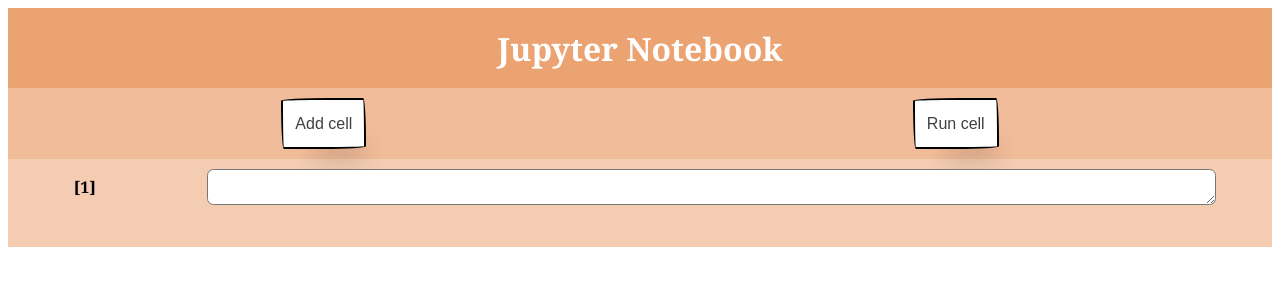
Repository: lingzi-liu/jupyter_notebook_prototype
Page: http://localhost/
An editor plug-in stored every save of this project. The page is shown before and after the next save, followed by the edit.
The browser window is 1280 px wide. The pictures show the whole page.
The page is served by the project's application, run on Flask 3 (app.py).

Above is the page before, as saved 2022-11-13 03:44:52.

### templates/index.html
<!DOCTYPE html>
<html lang="en">

<head>
    <meta charset="UTF-8">
    <meta http-equiv="X-UA-Compatible" content="IE=edge">
    <meta name="viewport" content="width=device-width, initial-scale=1.0">
    <link rel="stylesheet" href="../static/styles/style.css">
    <script defer src="../static/scripts/command_handler.js"></script>
    <script defer src="../static/scripts/script.js"></script>
    <title>Jupter Notebook</title>
</head>

<body>
    <!-- Navigation Bar -->
    <div id="nav">
        <h1>Jupyter Notebook</h1>
    </div>


    <!-- Button Bar -->
    <div id="commands">
        <!-- Add Cell allows you to add new code cells -->
        <!--Triggering a function addCell() when clicked -->
        <button onclick="addCell()">Add cell</button>
        <!-- Run Cell allows you to run the code in a selected cell -->
        <!--Triggering a function runCell() when clicked -->
        <button onclick="runCell()" id="run">Run cell</button>
    </div>


    <!-- Cell list -->
    <div id="cell-list">
        <!-- Each cell is in separate division -->
        <!-- When clicked, the current cell should become the selected cell by triggering the function selectedCell(this) -->
        <div class="cell" id="1" onclick="selecteCell(this)">
            <h4>[1]</h4>
            <textarea onkeyup="do_resize(this);"></textarea>

            <!--a paragraph component below the cell box for the error message or result, if there is one
            -->
            <p></p>
        </div>
    </div>
</body>

</html>

### app.py
# Step1
from flask import Flask, request, render_template

from contextlib import redirect_stdout
import io
import ast # stands for abstract syntax tree

app = Flask(__name__)

# Step 3: Create a function evaluate_code(code) that takes in a string and returns the output
def evaluate_code(code):
    # Step2: Parse the input code
    parsed = ast.parse(code)


    # Context manager for temporarily redirecting sys.stdout to another file or file-like object.
    with redirect_stdout(io.StringIO()) as f:
        try:
            #
            for input in parsed.body:
                if type(input) == ast.Expr:
                    # eval() allows you to evaluate arbitrary Python expressions from a string-based or compiled-code-based input.
                    # diff: eval() only execute or evaluate expressions
                    result = eval(compile(ast.Expression(input.value), "<string>", "eval"), globals())
                    # show appropiate result
                    if result:
                        print(result)
                else:
                    # exec()can execute any piece of Python code.
                    exec(compile(ast.Module(body=[input], type_ignores=[]), "<string>", "exec"), globals())
        # If there is an exception, in the result print the exception with an error message
        except Exception as e:
            print('Error Occured!')
            print(e.__class__.__name__ + ' : ')
            print(e)


    return f.getvalue()


# Create a default ‘GET’ route for your flask object that directs you to the html page
@app.route('/',methods=['GET'])
def index():
    # Flask template
    # put index.html in templates folder otherwise it will throw a render_template error
    return render_template('index.html')

# Create ‘POST’ route that uses an evaluate function
@app.route('/evaluate', methods=['POST'])
def evaluate():
    # Step2: Extract the command from the json input
    data = request.json
    code = data['command']
    return {'result': evaluate_code(code)}

if __name__== '__main__':
    # set debug to true to see the log and applied changes
    app.run(port=8002, debug = True)

### static/styles/style.css
#nav {
  height: 80px;
  background-color: rgba(228, 126, 58, 0.712);
  font-weight: bold;
  display: flex;
  align-items: center;
}

#nav h1 {
  margin: auto;
  color: white;
  font-family: Georgia, 'Times New Roman', Times, serif;
  text-align: center;
}

#commands {
  background-color: rgba(228, 126, 58, 0.516);
  display: flex;
  justify-content: space-around;
}

#commands button {
  margin: 10px;
  align-self: center;
  background-color: #fff;
  background-image: none;
  background-position: 0 90%;
  background-repeat: repeat no-repeat;
  background-size: 4px 3px;
  border-radius: 15px 225px 255px 15px 15px 255px 225px 15px;
  border-style: solid;
  border-width: 2px;
  box-shadow: rgba(0, 0, 0, .2) 15px 28px 25px -18px;
  box-sizing: border-box;
  color: #41403e;
  cursor: pointer;
  display: inline-block;
  font-family: Neucha, sans-serif;
  font-size: 1rem;
  line-height: 23px;
  outline: none;
  padding: .75rem;
  text-decoration: none;
  transition: all 235ms ease-in-out;
  border-bottom-left-radius: 15px 255px;
  border-bottom-right-radius: 225px 15px;
  border-top-left-radius: 255px 15px;
  border-top-right-radius: 15px 225px;
  user-select: none;
  -webkit-user-select: none;
  touch-action: manipulation;
}

#commands button:hover {
  box-shadow: rgba(0, 0, 0, .3) 2px 8px 8px -5px;
  transform: translate3d(0, 2px, 0);
}

#commands button:focus {
  box-shadow: rgba(0, 0, 0, .3) 2px 8px 4px -6px;
}

#cell-list .cell {
  background-color: white;
  padding: 10px 5px;
  align-items: center;
  display: flex;
  flex-flow: row wrap;
  justify-content: space-around;
}

#cell-list .cell:hover {
  background-color: rgba(228, 126, 58, 0.393);
}

#cell-list .cell h4 {
  display: inline-block;
  margin: 0;
  padding: 0 10px;
  font-family: Georgia, 'Times New Roman', Times, serif;
}

#cell-list .cell textarea {
  border-radius: 0.4rem;
  width: 80%;
  outline: none;
}

#cell-list .cell p {
  width: 100%;
  font-family: Georgia, 'Times New Roman', Times, serif;
  margin-left: 40px;
}

### static/scripts/command_handler.js
// runCell() takes the code in the cell and outputs the result if there is a result or the error if there is an error
function runCell() {
    // disable the button from being run again until we process the current code
    runButton = document.getElementById('run');
    runButton.disabled = true;

    cellNum = document.getElementById(selectedCellNumber);
    // get text from the textarea
    text = cellNum.children[1].value;

    // Send the text to the python backend as a command
    // get the response from post request
    fetch('/evaluate', {
        method: 'POST',
        headers: {
            'Content-Type': 'application/json'
        },
        body: JSON.stringify({
            command: text
        })
    }).then((response) => response.json()).then((data) => {
        // Insert the response below the respective code cell as a string
        cellNum.children[2].innerText = data.result;

        // enable the button again
        runButton.disabled = false;
    });
}

### static/scripts/script.js
let selectedCellNumber = 1;
let maxCellNumber = 1;

function do_resize(textbox) {

    var maxrows = 50;
    var txt = textbox.value;
    var cols = textbox.cols;

    var arraytxt = txt.split('\n');
    var rows = arraytxt.length;

    for (i = 0; i < arraytxt.length; i++)
        rows += parseInt(arraytxt[i].length / cols);

    if (rows > maxrows) textbox.rows = maxrows;
    else textbox.rows = rows;
}

function selecteCell(cell) {
    if (selectedCellNumber) {
        document.getElementById(selectedCellNumber).style.backgroundColor = "white";
    }
    selectedCellNumber = cell.id;
    document.getElementById(selectedCellNumber).style.backgroundColor = "rgba(228, 126, 58, 0.393)";
    console.log('cell selected: ', selectedCellNumber)
}

// automatically select the first cell
selecteCell(document.getElementById("1"))

function addCell() {
    maxCellNumber++;
    cellList = document.getElementById("cell-list");
    cellList.insertAdjacentHTML('beforeend',
        `<div class="cell" id="${maxCellNumber}" onclick="selecteCell(this)">
            <h4>[${maxCellNumber}]</h4>
            <textarea onkeyup="do_resize(this);"></textarea>
            <p></p>
        </div>`);

    selecteCell(document.getElementById(maxCellNumber));
}

After the next save:
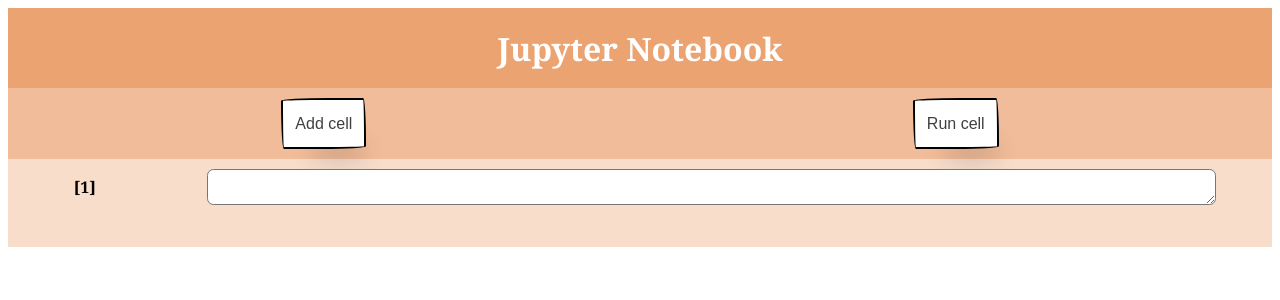
Saved 3 min 10 s later.
--- a/static/scripts/script.js
+++ b/static/scripts/script.js
@@ -22,7 +22,7 @@
         document.getElementById(selectedCellNumber).style.backgroundColor = "white";
     }
     selectedCellNumber = cell.id;
-    document.getElementById(selectedCellNumber).style.backgroundColor = "rgba(228, 126, 58, 0.393)";
+    document.getElementById(selectedCellNumber).style.backgroundColor = "rgba(228, 126, 58, 0.262)";
     console.log('cell selected: ', selectedCellNumber)
 }
 
